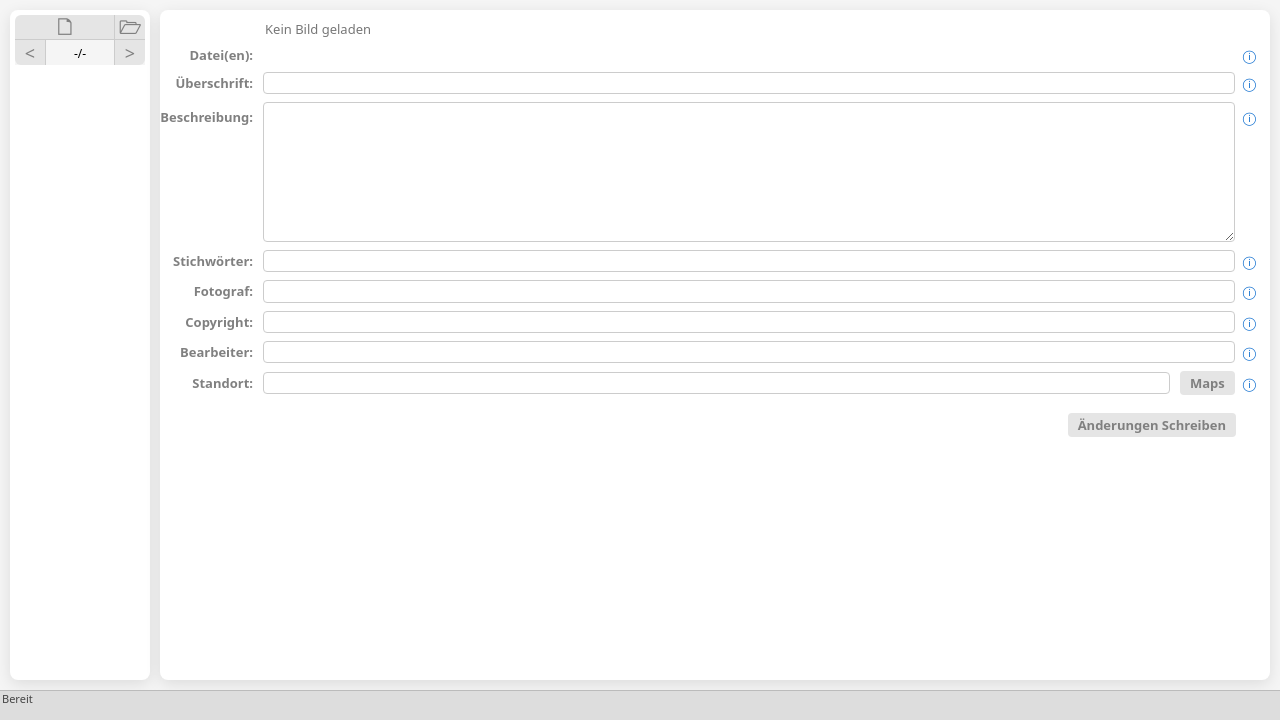
Repository: h-fahle/metadata
Page: ui/index.html
The author's editor kept a copy of each file at every save. The page is drawn from the files as they stood at one save, then again after the next save.
The browser window is 1280 px wide. The pictures show the whole page.

Above is the page before, as saved 2026-08-25 12:04:43.
Console error: TypeError: Cannot read properties of undefined (reading 'core')

### ui/index.html
<!DOCTYPE html>
<html lang="de">

<head>
	<meta charset="UTF-8">
	<title>Tauri ExifTool Test</title>
	<script src="script.js" defer></script>
	<link rel="stylesheet" href="style.css">
</head>

<body>

	<main id="main-container">

		<!-- Das Vorschaubild links -->
		<aside id="sidebar">

			<div class="split-button-container">
				<div class="main-row">
					<button class="open-files" onclick="waehleUndLadeBilder(false, true)">&#x1F5CB;</button>
					<button class="open-folder" onclick="waehleUndLadeBilder(true, false)">&#x1F5C1;</button>
				</div>
				<div class="pager-row">
					<button class="pager-btn prev-btn" onclick="blaettern(-1)">&lt;</button>
					<div id="img-nummer" class="pager-display">-/-</div>
					<button class="pager-btn next-btn" onclick="blaettern(1)">&gt;</button>
				</div>
			</div>

			<img id="vorschau-bild" src="" style="display:none;" />
			<div id="bild-info" style="text-align:center;">
				<span id="img-datum"></span><br>
				<span id="img-groesse"></span>
			</div>
		</aside>

		<!-- Das Formular rechts -->
		<section id="form-container">

			<div id="ordner-pfad">Kein Bild geladen</div>

			<div class="form-row">
				<label for="filename">Datei(en):</label>
				<div id="dynamischerBereich" style="width: 100%;">
					<!-- Input- / oder Select-Element -->
				</div>
				<div class="tooltip-container">
					<span class="info-icon">ⓘ</span>
					<div class="tooltip-box">Im Einzelmodus: Änderung des Dateinamens bewirkt Umbenennung der Datei.
						Im Stapelmodus: Dateinamen sind nicht änderbar.!
					</div>
				</div>
			</div>

			<div class="form-row">
				<label for="caption">Überschrift:</label>
				<input type="text" id="caption" name="caption" />
				<div class="tooltip-container">
					<span class="info-icon">ⓘ</span>
					<div class="tooltip-box">Auch: (Dokument-)Titel, Schlagzeile, Headline
					</div>
				</div>
			</div>

			<div class="form-row form-row-top">
				<label for="description">Beschreibung:</label>
				<textarea id="description" name="description"></textarea>
				<div class="tooltip-container">
					<span class="info-icon">ⓘ</span>
					<div class="tooltip-box">Beschreibender Text in beliebiger Länge.
						(Im Stapelmodus wird der eingegebene Text
						&nbsp;&nbsp; an vorhandenen angehängt.)
						Hinweis: Einige Programme zeigen nur 2.000 Zeichen
						&nbsp;&nbsp; oder auch weniger an.
					</div>
				</div>
			</div>

			<div class="form-row">
				<label for="keywords">Stichwörter:</label>
				<input type="text" id="keywords" name="keywords" />
				<div class="tooltip-container">
					<span class="info-icon">ⓘ</span>
					<div class="tooltip-box">Komma-separierte Liste. Groß-/Kleinschreibung beachten.
						Im Stapelmodus werden die eingegebenen Stichwörter
						&nbsp;&nbsp; an vorhandene angehängt.
					</div>
				</div>
			</div>

			<div class="form-row">
				<label for="creator">Fotograf:</label>
				<input type="text" id="creator" name="creator" />
				<div class="tooltip-container">
					<span class="info-icon">ⓘ</span>
					<div class="tooltip-box">Urheber, Ersteller, Autor
						(Tags: Artitst, Creator, By-line)
					</div>
				</div>
			</div>

			<div class="form-row">
				<label for="copyright">Copyright:</label>
				<input type="text" id="copyright" name="copyright" />
				<div class="tooltip-container">
					<span class="info-icon">ⓘ</span>
					<div class="tooltip-box">Urheberrechtshinweis; enthält in der Regel:
						Name des Fotografen, Aufnahmejahr und Nutzungsrechte;
						(z.B. 'Copyright [1975] [Mustermann], Alle Rechte vorbehalten')
					</div>
				</div>
			</div>

			<div class="form-row">
				<label for="editor">Bearbeiter:</label>
				<input type="text" id="editor" name="editor" />
				<div class="tooltip-container">
					<span class="info-icon">ⓘ</span>
					<div class="tooltip-box">Verfasser der Metadaten
						(Tags: Caption Writer, Writer Editor)
					</div>
				</div>
			</div>

			<div class="form-row">
				<label for="position">Standort:</label>
				<input type="text" id="position" name="position" />
				<button type="button" onclick="zeigeMaps(event)">Maps</button>
				<div class="tooltip-container">
					<span class="info-icon">ⓘ</span>
					<div class="tooltip-box">GPS-Koordinaten in Dezimalgrad (z.B.: 51.49129, 8.43317).
						Ermitteln der Koordinaten in der Google Maps-Karte:
						&nbsp; 1. mit rechter Maustaste auf den Standort klicken,
						&nbsp; 2. auf die angezeigten Koordinaten klicken,
						&nbsp; 3. der so gespeicherte Wert kann mit Strg+V
						&nbsp;&nbsp;&nbsp;&nbsp;&nbsp;&nbsp; hier eingefügt werden.
					</div>
				</div>
			</div>

			<!-- Button-Leiste -->
			<div class="button-group">
				<button type="button" onclick="exifSchreiben(event)">Änderungen
					Schreiben</button>
			</div>

		</section> <!-- Ende der form-containers-->
	</main> <!-- Ende des main-containers -->

	<footer id="statusleiste">
		<div id="status-text">
			Bereit
		</div>
	</footer>


</body>

</html>

### ui/style.css
:root {
	--app-font: system-ui, -apple-system, "Segoe UI", Roboto, Helvetica, Arial, sans-serif;
	--app-font-size: 13px;
}

/* 1. Das App-Fenster exakt auf 100% fixieren (kein äußeres Scrollen) */
html, body {
	margin: 0;
	padding: 0;
	height: 100vh;
	width: 100vw;
	overflow: hidden; /* Verhindert jegliche äußere Scrollbalken */
	background: #f5f5f5;
	display: flex;
	flex-direction: column; /* Hauptinhalt oben, Statusleiste unten */
	font-family: var(--app-font);
	font-size: var(--app-font-size);
}

input,
textarea,
button,
selectx {
	font-family: var(--app-font) !important;
	font-size: var(--app-font-size) !important;
}

/* Allumfassender Box-Sizing-Fix für die gesamte App */
*, *::before, *::after {
	box-sizing: border-box;
}

/* 2. Der Hauptbereich füllt den gesamten oberen Platz aus --------------------------- */
#main-container {
	flex: 1;
	display: flex;
	flex-direction: row; /* Elemente nebeneinander */
	gap: 10px;
	padding: 10px;
	overflow: hidden; /* Verhindert, dass Riesen-Inhalte das Fenster sprengen */
}

/* 3. LINKS: Die Sidebar mit fester Breite */
#sidebar {
	width: 140px;
	min-width: 140px; /* Lässt die Sidebar niemals schrumpfen */
	background-color: #ffffff;
	border-radius: 8px;
	padding: 5px;
	box-shadow: 0 4px 15px rgba(0, 0, 0, 0.1);
}

#vorschau-bild {
	max-width: 130px;
	margin: 15px auto;
	height: auto;
}

/* 4. RECHTS: Das Formular nimmt den gesamten Rest ein und wächst mit */
#form-container {
	flex: 1; /* Nimmt 100% des restlichen Platzes ein */
	min-width: 0; /* Erlaubt Flexbox, die Box bei Bedarf zu verkleinern */
	background-color: #ffffff;
	border-radius: 8px;
	padding: 10px;
	display: flex;
	flex-direction: column;
	gap: 8px;
	box-shadow: 0 4px 15px rgba(0, 0, 0, 0.1);
}

#ordner-pfad {
	margin-left: 95px !important;
	color: #777777;
}

/* Jede Zeile wird zu einer horizontalen Flexbox */
.form-row {
	display: flex !important;
	flex-direction: row;
	align-items: center; /* Richtet Label und Input vertikal mittig zueinander aus */
	gap: 10px;           /* Abstand zwischen Label und Input */
	width: 100%;
}

/* Die Labels bekommen eine feste Breite, damit alle Inputs sauber untereinander starten */
.form-row label {
	width: 95px;         /* Breite je nach längstem Label-Text anpassen */
	min-width: 95px;     /* Verhindert, dass das Label zusammengedrückt wird */
	text-align: right;   /* Optional: Richtet den Text rechtsbündig zum Input aus */
	color: gray;
	font-weight: bold;
	margin-left: -12px;
}

/* Die Eingabefelder füllen jetzt den gesamten restlichen Platz der Zeile aus */
.form-row input,
.form-row textarea,
.form-row selectx {
	flex: 1;             /* Zwingt das Input-Feld, den Rest der Zeile einzunehmen */
	width: 100%;
	min-width: 0;        /* Erlaubt dem Input, bei sehr kleinen Fenstern stabil zu schrumpfen */
	border: 1px solid #ccc;
	border-radius: 4px;
	/* padding: 2px; */
	line-height: 1.4;
	-webkit-font-smoothing: antialiased;
	outline: none;
}
.form-row selectx {
	height: 23px;
	padding: 0;
}

select {
  /* 1. Setzt das native Design auf ALLEN Plattformen zurück */
  -webkit-appearance: none; /* Für Chrome, Safari, WebKitGTK, Edge, Opera */
  -moz-appearance: none;    /* Für Firefox */
  appearance: none;         /* Der moderne, offizielle W3C-Standard */

  /* 2. Plattformübergreifender Text-Fix für Unterlängen (g, j, y) */
  line-height: 1.4;           /* 1.5 bietet genug Puffer für Linux- & Windows-Fonts */
  padding: 0 30px 0 0; /* Rechts Platz für den eigenen Pfeil */
  width: 100%;
  height: 24px;

  /* 3. Textglättung für macOS, Windows und Linux */
  -webkit-font-smoothing: antialiased;
  -moz-osx-font-smoothing: grayscale;

  /* 4. tandard-Design für die Box */
  background-color: #fff;
  border: 1px solid #ccc;
  border-radius: 4px;
  box-sizing: border-box;    /* Verhindert Layout-Verschiebungen */
}

.form-row textarea {
	min-height: 140px;
}
.form-row input:focus-visible,
.form-row textarea:focus-visible {
	outline: 2px solid gray;
}

/* Ändert die Ausrichtung für die Textarea-Zeile nach oben */
.form-row-top {
	align-items: flex-start !important; /* Richtet Label, Textarea und Icon oben aus */
}
.form-row-top label,
.form-row-top .tooltip-container {
	padding-top: 6px; /* Verhindert, dass das Label zu weit oben klebt */
}


/* 5. UNTEN: Die Statusleiste mit fixer Höhe und eigenem Scrollbalken */
#statusleiste {
	height: 30px;  /* Feste Höhe für ca. 2 Zeilen Text */
	min-height: 30px;
	border-top: 1px solid #bbb;
	background-color: #ddd;
	font-size: 11px;
	color: #444;
	padding: 0 2px;
	overflow-y: auto;  /* Vertikaler Scrollbalken erscheint NUR bei Bedarf */
	overflow-x: hidden;  /* Verhindert horizontales Scrollen in der Statusleiste */
	-webkit-font-smoothing: antialiased;
}


/* Bedien-Elemente -------------------------------------------- */
button {
	padding: 3px 10px;
	font-weight: bold;
	cursor: pointer;
	border: none;
	background-color:#e5e5e5;
	color: gray;
}
button:hover {
	background-color: gray;
	color: white;
}
.button-group button,
.form-row button {
	border-radius: 4px;
}

	/* ------------------------------------------------------------------------------ */
	/* Container hält die Steuer-Buttons zusammen */
	.split-button-container {
	  display: inline-flex;
	  flex-direction: column;
	  position: relative;
	  font-family: system-ui, -apple-system, sans-serif;
	  width:130px;
	}

	/* Obere Reihe */
	.main-row {
	  height: 25px;
	  display: flex;
	  border-bottom: 1px solid #ccc; /* Trennlinie zur zweiten Reihe */
	}

	/* Untere Reihe */
	.pager-row {
	  height: 25px;
	  display: flex;
	  align-items: center;
	  background-color: #f5f5f5;
	}

	/* Gemeinsames Design für die Button-Teile */
	.open-files,
	.open-folder,
	.prev-btn,
	.next-btn {
	  font-size: 18px  !important;
	  padding: 0;
	  cursor: pointer;
	  transition: background-color 0.2s;
	}
	.prev-btn,
	.next-btn {
		font-weight: normal;
	}

	/* Hauptbutton oben links */
	.open-files {
	  width: 100%;
	  border-top-left-radius: 6px;
	  border-right: 1px solid #ccc
	}

	/* Pfeilbutton oben rechts */
	.open-folder {
	  width: 30%;
	  border-top-right-radius: 6px;
	}

	/* Blätter-Buttons unten links und rechts */
	.pager-btn {
	  width: 30px;
	  height: 100%;
	  display: flex;
	  align-items: center;
	  justify-content: center;
	  transition: background-color 0.2s;
	}
	.prev-btn {
		border-bottom-left-radius: 6px;
	}
	.next-btn {
		border-bottom-right-radius: 6px;
	}

	.pager-display {
	  height: 100%;
	  flex-grow: 1; /* Nimmt den gesamten Platz in der Mitte ein */
	  text-align: center;
	  font-size: 12px;
	  padding: 5px 0;
	  border-left: 1px solid #ccc;
	  border-right: 1px solid #ccc;
	  user-select: none; /* Verhindert versehentliches Markieren beim Klicken */
	}



/* Der Absendeknopf richtet sich nach den Eingabefeldern aus */
.button-group {
	display: flex;
	justify-content: flex-end;
	margin: 10px 24px 0 0;
}

.button-group button {
	margin-left: 5px;
}


/* Tooltip ---------------------------------------------------------- */

/* Container für das Icon und die Box */
.tooltip-container {
	position: relative; /* Wichtig, damit sich die Box am Icon ausrichtet */
	display: inline-flex;
	align-items: center;
	cursor: help;       /* Zeigt das Fragezeichen/Hilfe-Symbol als Mauszeiger */
	margin-left: -6px;
}

/* Das Info-Icon selbst */
.info-icon {
	color: #0066cc;     /* Schönes Info-Blau */
	padding: 0 4px;
	font-size: 13px;
}

.tooltip-box {
	display: none;
	position: fixed;

	width: max-content;
	max-width: 400px;      /* Verhindert, dass der Tooltip bei sehr viel Text das Fenster sprengt */
	white-space: pre-line;

	background-color: lightyellow;
	color: black;
	border: 1px solid gray;
	padding: 2px 4px;
	border-radius: 6px;
	font-size: 11px;
	line-height: 1.4;
	box-shadow: 0 4px 10px rgba(0, 0, 0, 0.2);
	z-index: 1001;   /* Über der Statusleiste (1000), falls sie sich überschneiden */

  	/* Verschiebt den Tooltip komplett nach links,
     sodass seine rechte Kante am Cursor sitzt */
 	transform: translate(-100%, 40%);

	/* Animation & Verstecken */
	transition: opacity 0.2s ease-in-out, visibility 0.2s;
	pointer-events: none; /* Verhindert, dass die Box beim unabsichtlichen Drüberfahren flackert */
}

/* Zeige den Tooltip nur, wenn die Maus über dem Container ist */
.tooltip-container:hover .tooltip-box {
  display: block;
}

Loaded but not shown: ui/script.js (350 lines, source omitted)

After the next save:
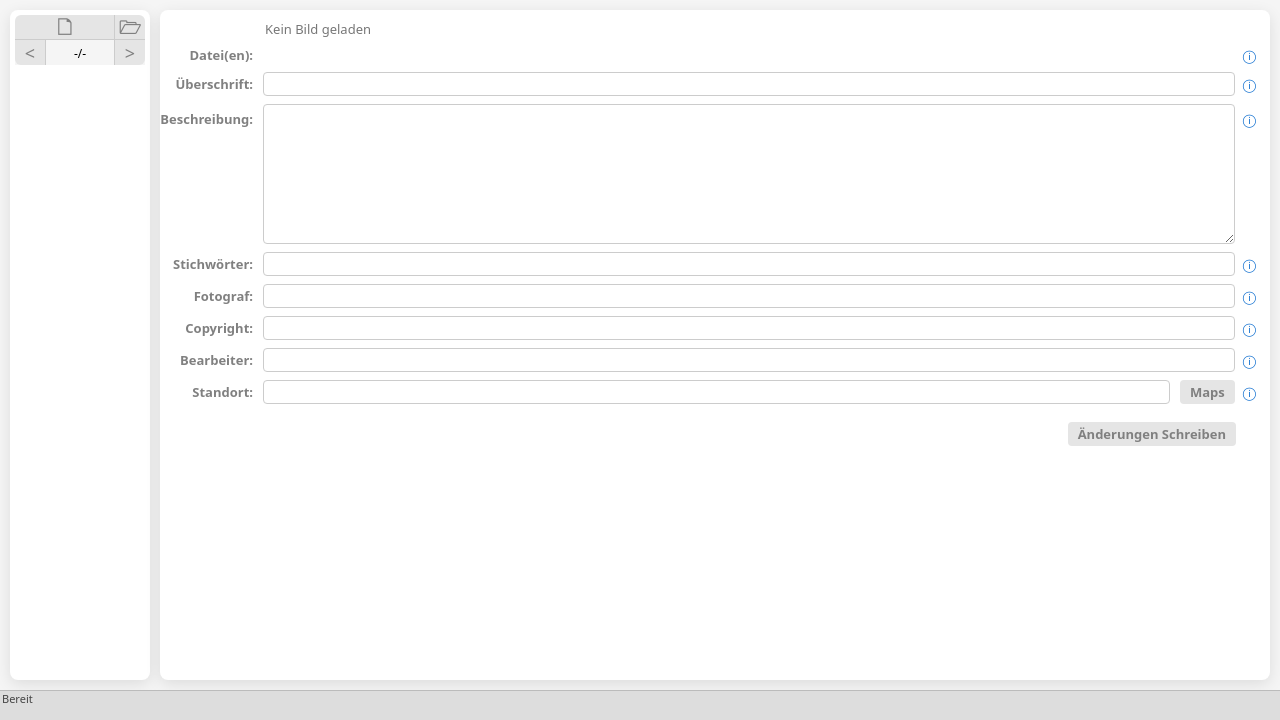
Saved 3 min 2 s later.
--- a/ui/style.css
+++ b/ui/style.css
@@ -99,6 +99,7 @@ selectx {
 .form-row selectx {
 	flex: 1;             /* Zwingt das Input-Feld, den Rest der Zeile einzunehmen */
 	width: 100%;
+	height: 24px;
 	min-width: 0;        /* Erlaubt dem Input, bei sehr kleinen Fenstern stabil zu schrumpfen */
 	border: 1px solid #ccc;
 	border-radius: 4px;
